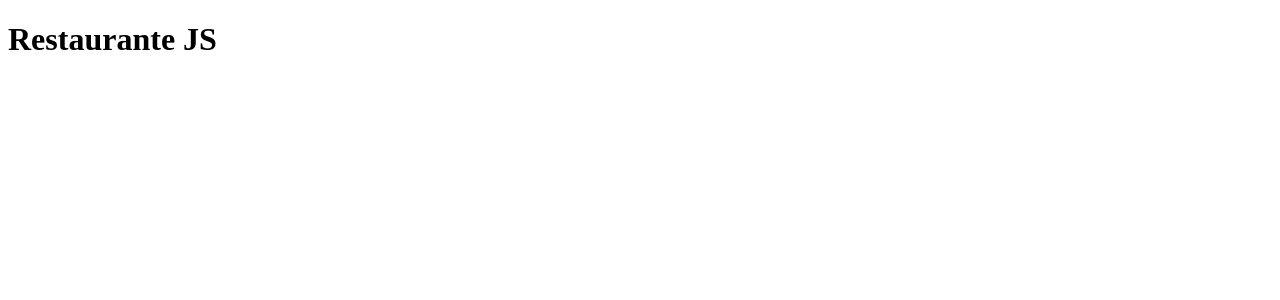
Repository: JhonMercedes/Javascript-book
Page: cap2/ex2_4.html
These files come from the project's save history. The page is drawn as it stood at one moment and after the next save; the edit follows.
The browser window is 1280 px wide. The pictures show the whole page.

Above is the page before, as saved 2021-12-04 23:30:47.

After the next save:
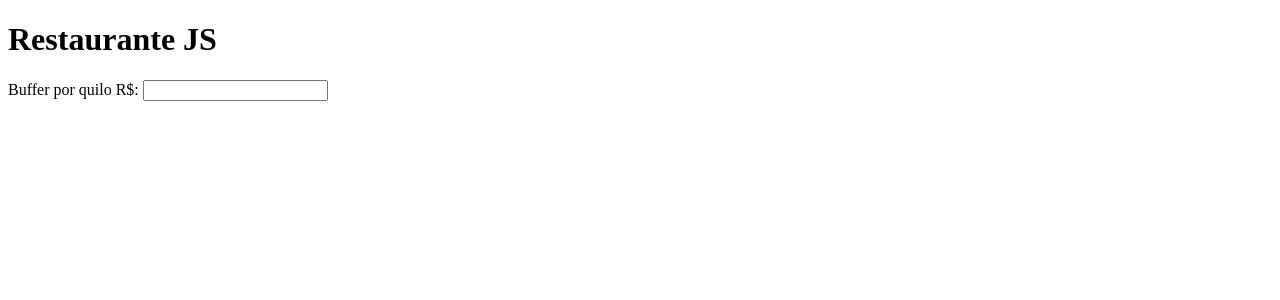
Saved 48 s later.
--- a/cap2/ex2_4.html
+++ b/cap2/ex2_4.html
@@ -8,5 +8,8 @@
 </head>
 <body>
     <h1>Restaurante JS</h1>
+    <p>Buffer por quilo R$:
+        <input type="text">
+    </p>
 </body>
 </html>
